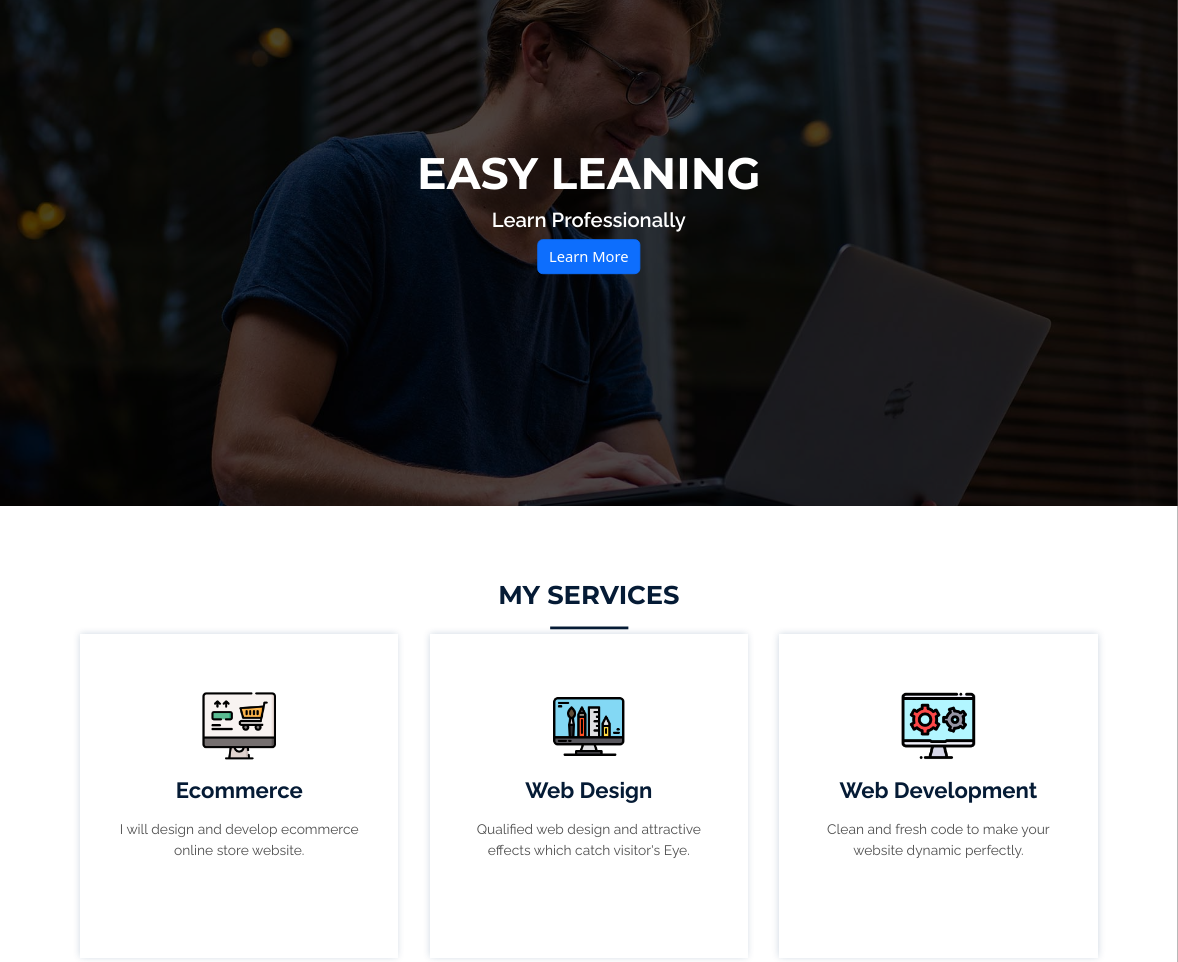
Repository: masamichan/free_video_app
Page: /
The author's editor kept a copy of each file at every save. The page is drawn from the files as they stood at one save, then again after the next save.
The browser window is 1280 px wide. The pictures show the whole page, at 92% of full size.
Backgrounds fixed to the window are drawn as part of the page. The project was rebuilt for these pictures with package versions that can differ from the ones it lists, and the page was loaded fresh each time.

Above is the page before, as saved 2023-01-22 14:21:18.

### public/index.html
<!DOCTYPE html>
<html lang="en">
  <head>
    <meta charset="utf-8" />
    <link rel="icon" href="%PUBLIC_URL%/icon.png" />
    <meta name="viewport" content="width=device-width, initial-scale=1" />
    <meta name="theme-color" content="#000000" />
    <meta
      name="description"
      content="Web site created using create-react-app"
    />

    <link rel="manifest" href="%PUBLIC_URL%/manifest.json" />

    <link rel="preconnect" href="https://fonts.googleapis.com">
    <link rel="preconnect" href="https://fonts.gstatic.com" crossorigin>
    <link
      href="https://fonts.googleapis.com/css2?family=Montserrat:wght@400;700;800&family=Raleway:wght@300;400;600;700&display=swap"
      rel="stylesheet">

    <title>Easy Leaning</title>
  </head>
  <body>
    <noscript>You need to enable JavaScript to run this app.</noscript>
    <div style="width: 100%;" id="root"></div>

  </body>
</html>

### src/App.js
import React from "react";
import Services from "./components/Services/Services";
import { TopBanner } from "./components/TopBanner/TopBanner";

function App() {
  return (
    <div>
      <TopBanner />
      <Services />
    </div>
  );
}

export default App;

### src/components/Services/Services.jsx
import React, { Component, Fragment } from "react";
import { Col, Container, Row } from "react-bootstrap";
import designIcon from "../../asset/image/design.png";
import ecommerceIcon from "../../asset/image/ecommerce.png";
import webIcon from "../../asset/image/web.png";

export class Services extends Component {
  render() {
    return (
      <Fragment>
        <Container className="text-center">
          <h1 className="serviceMainTitle">MY SERVICES</h1>
          <div className="bottom"></div>
          <Row>
            <Col lg={4} md={6} sm={12}>
              <div className="serviceCard text-center">
                <img className="ecommerceIcon" src={ecommerceIcon} />
                <h2 className="serviceName">Ecommerce</h2>
                <p className="serviceDescription">
                  I will design and develop ecommerce online store website.
                </p>
              </div>
            </Col>
            <Col lg={4} md={6} sm={12}>
              <div className="serviceCard text-center">
                <img className="designIcon" src={designIcon} />
                <h2 className="serviceName">Web Design</h2>
                <p className="serviceDescription">
                  Qualified web design and attractive effects which catch
                  visitor's Eye.
                </p>
              </div>
            </Col>
            <Col lg={4} md={6} sm={12}>
              <div className="serviceCard text-center">
                <img className="webIcon" src={webIcon} />
                <h2 className="serviceName">Web Development</h2>
                <p className="serviceDescription">
                  Clean and fresh code to make your website dynamic perfectly.
                </p>
              </div>
            </Col>
          </Row>
        </Container>
      </Fragment>
    );
  }
}

export default Services;

### src/components/TopBanner/TopBanner.jsx
import React, { Component, Fragment } from "react";
import { Button, Col, Container, Row } from "react-bootstrap";
import "../../asset/css/custom.css";
import "../../asset/css/bootstrap.css";

export class TopBanner extends Component {
  render() {
    return (
      <Fragment>
        <Container fluid={true} className="topFixedBanner p-0">
          <div className="topBannerOverlay">
            <Container className="topContent">
              <Row>
                <Col className="text-center">
                  <h1 className="topTitle">EASY LEANING</h1>
                  <h4 className="topSubTitle">Learn Professionally</h4>
                  <Button variant="primary">Learn More</Button>
                </Col>
              </Row>
            </Container>
          </div>
        </Container>
      </Fragment>
    );
  }
}

export default TopBanner;

### src/asset/css/custom.css
.topFixedBanner {
  background-image: url("../image/banner.jpg");
  min-height: 550px;
  background-attachment: fixed;
  background-position: center;
  background-repeat: no-repeat;
  background-size: cover;
}
.topBannerOverlay {
  position: absolute;
  min-height: 550px;
  width: 100%;
  background: rgb(0, 0, 0, 0.7);
}

.topContent {
  margin-top: 10em;
}

.topTitle {
  font-family: "Montserrat", sans-serif;
  font-weight: 700;
  color: #ffffff;
  font-size: 48px;
}

.topSubTitle {
  font-family: "Raleway", san-serif;
  font-weight: 600;
  color: #ffffff;
  font-size: 22px;
}

.ecommerceIcon {
  height: 80px;
  width: 80px;
}

.designIcon {
  height: 80px;
  width: 80px;
}

.webIcon {
  height: 80px;
  width: 80px;
}

.serviceCard {
  margin: 5px 5px 5px 5px;
  height: 22rem;
  padding: 60px 30px 60px 30px;
  box-shadow: 0 0 8px 0 rgb(4, 55, 105, 0.2);
}

.serviceCard:hover {
  margin: 5px 5px 5px 5px;
  height: 22rem;
  padding: 60px 30px 60px 30px;
  box-shadow: 0 0 16px 0 rgb(4, 55, 105, 0.2);
}

.serviceName {
  color: #051b35;
  margin-top: 1rem;
  font-family: "Raleway", sans-serif;
  font-size: 24px;
  font-weight: 700;
}

.serviceDescription {
  color: #505050;
  margin-top: 1rem;
  font-family: "Raleway", sans-serif;
  font-size: 15px;
  font-weight: 400;
}

.serviceMainTitle {
  color: #051b35;
  margin-top: 5rem;
  margin-bottom: 3rem;
  font-family: "Montserrat", sans-serif;
  font-weight: 700;
  font-size: 28px;
}

.bottom {
  background: #051b35 none repeat scroll 0 0;
  height: 3px;
  width: 85px;
  margin: -1.9rem auto 0;
}

Loaded but not shown: src/index.js (common file); src/asset/css/bootstrap.css (library)

After the next save:
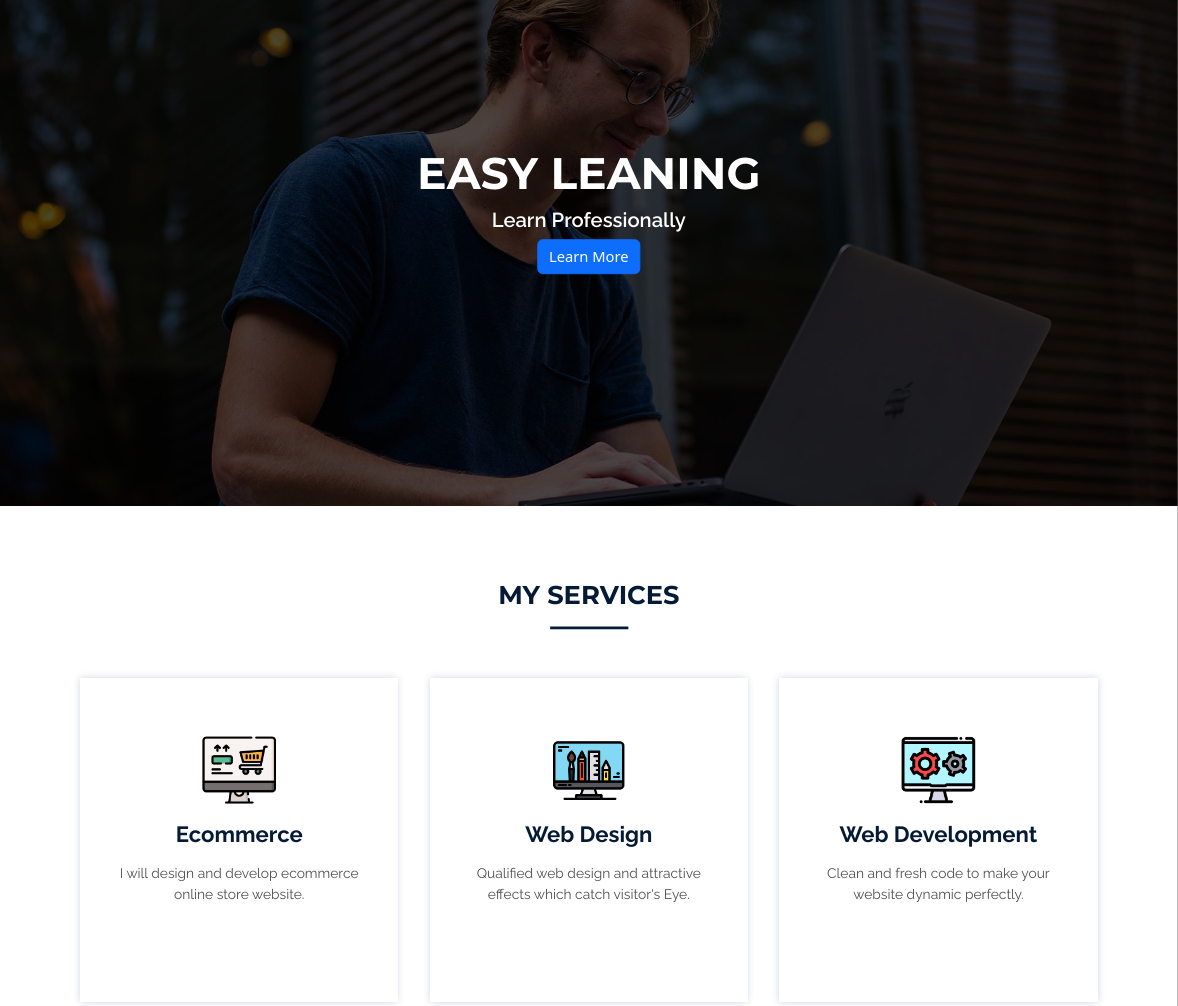
Saved 62 s later.
--- a/src/asset/css/custom.css
+++ b/src/asset/css/custom.css
@@ -90,4 +90,5 @@
   height: 3px;
   width: 85px;
   margin: -1.9rem auto 0;
+  margin-bottom: 3rem;
 }
